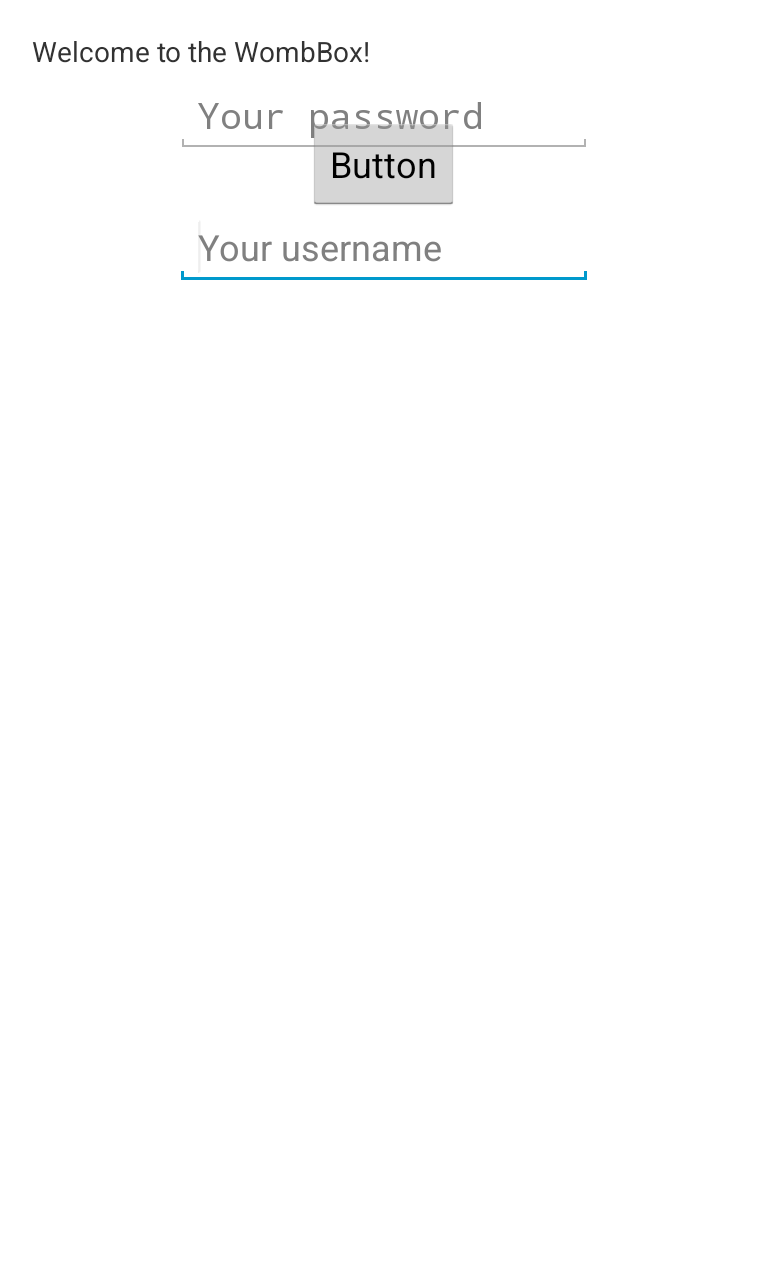
Repository: robertsami/TerraceFJukebox
Layout: android/TerraceFJukebox/res/layout/activity_login.xml
These files come from the project's save history. The layout is drawn as it stood at one moment and after the next save; the edit follows.
It is drawn on a 768 x 1280 px phone screen (xhdpi) without system bars, with theme AppTheme; the app's code is not run.

Above is the layout before, as saved 2013-08-13 22:02:50.

After the next save:
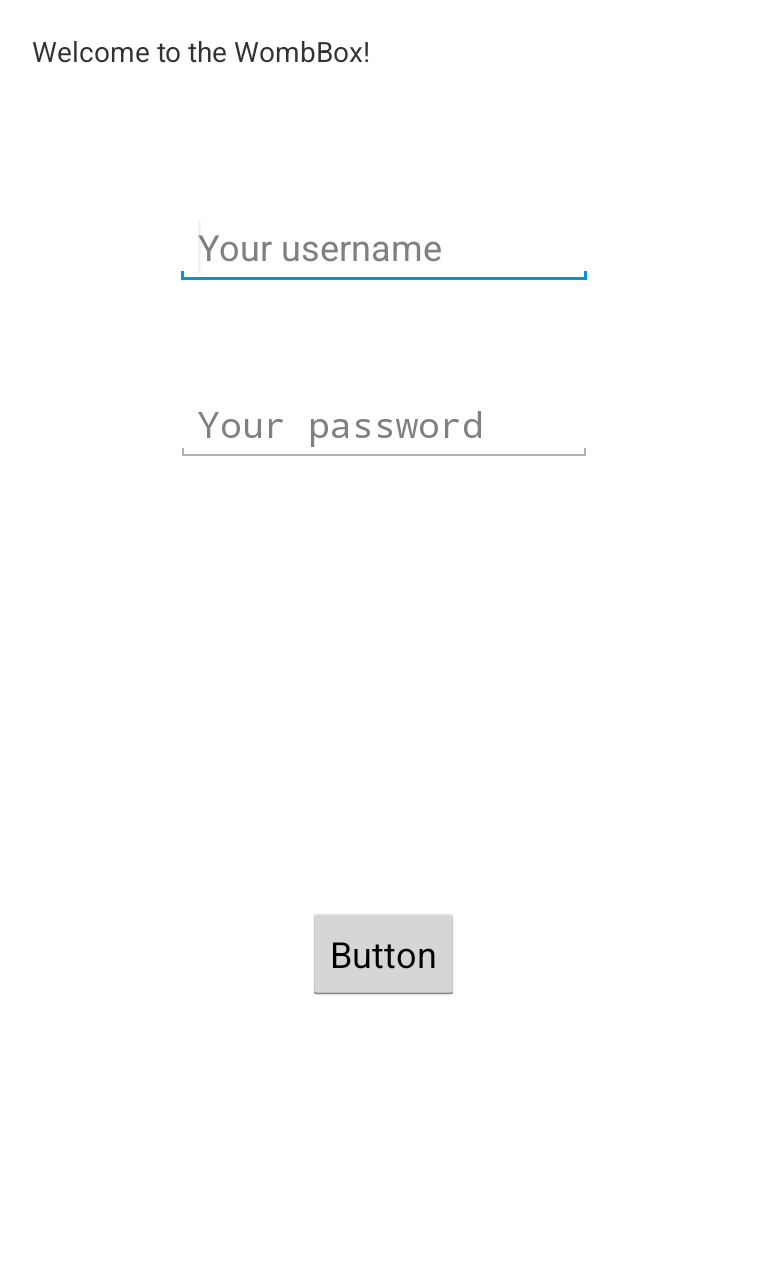
Saved 23 s later.
--- a/android/TerraceFJukebox/res/layout/activity_login.xml
+++ b/android/TerraceFJukebox/res/layout/activity_login.xml
@@ -27,25 +27,24 @@
         <requestFocus />
     </EditText>
 
+    <Button
+        android:id="@+id/login_button"
+        android:layout_width="wrap_content"
+        android:layout_height="wrap_content"
+        android:layout_alignParentBottom="true"
+        android:layout_centerHorizontal="true"
+        android:layout_marginBottom="123dp"
+        android:text="Button" />
+
     <EditText
         android:id="@+id/login_password"
         android:layout_width="wrap_content"
         android:layout_height="wrap_content"
-        android:layout_below="@+id/editText1"
-        android:layout_centerHorizontal="true"
-        android:layout_marginTop="22dp"
+        android:layout_alignLeft="@+id/login_user_name"
+        android:layout_below="@+id/login_user_name"
+        android:layout_marginTop="49dp"
         android:ems="10"
         android:hint="Your password"
         android:inputType="textPassword" />
 
-    <Button
-        android:id="@+id/login_button"
-        android:layout_width="wrap_content"
-        android:layout_height="wrap_content"
-        android:layout_below="@+id/editText2"
-        android:layout_centerHorizontal="true"
-        android:layout_marginTop="42dp"
-        android:text="Log In"
-        android:text="Button" />
-
 </RelativeLayout>
